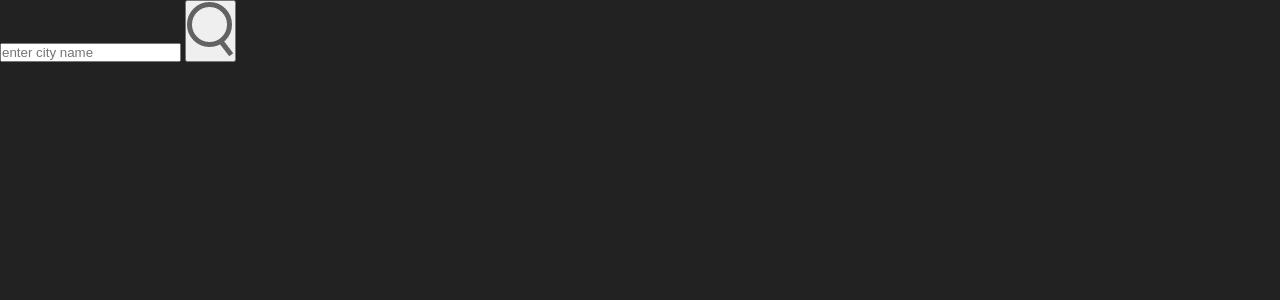
Repository: Alphosmart/weather
Page: index.html
These files come from the project's save history. The page is drawn as it stood at one moment and after the next save; the edit follows.
The browser window is 1280 px wide. The pictures show the whole page.

Above is the page before, as saved 2024-07-17 16:21:53.

After the next save:
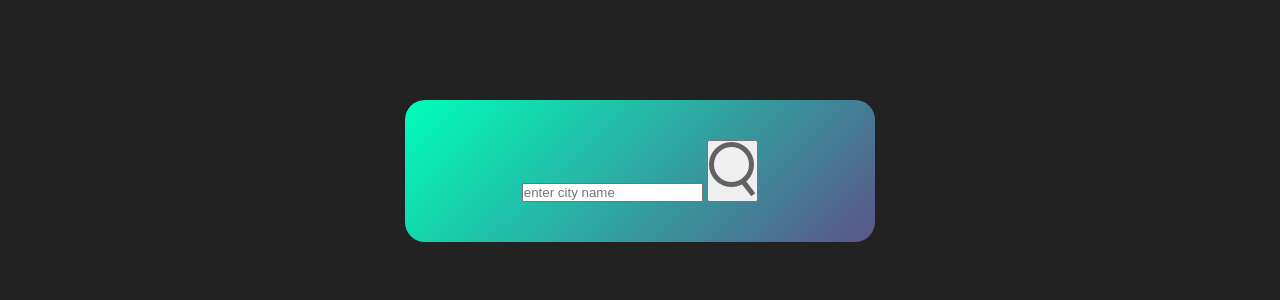
Saved 118 s later.
--- a/style.css
+++ b/style.css
@@ -12,4 +12,10 @@ body {
 .card {
   width: 90%;
   max-width: 470px;
+  background: linear-gradient(135deg, #00feba, #5b548a);
+  color: #fff;
+  margin: 100px auto 0;
+  border-radius: 20px;
+  padding: 40px 35px;
+  text-align: center;
 }
